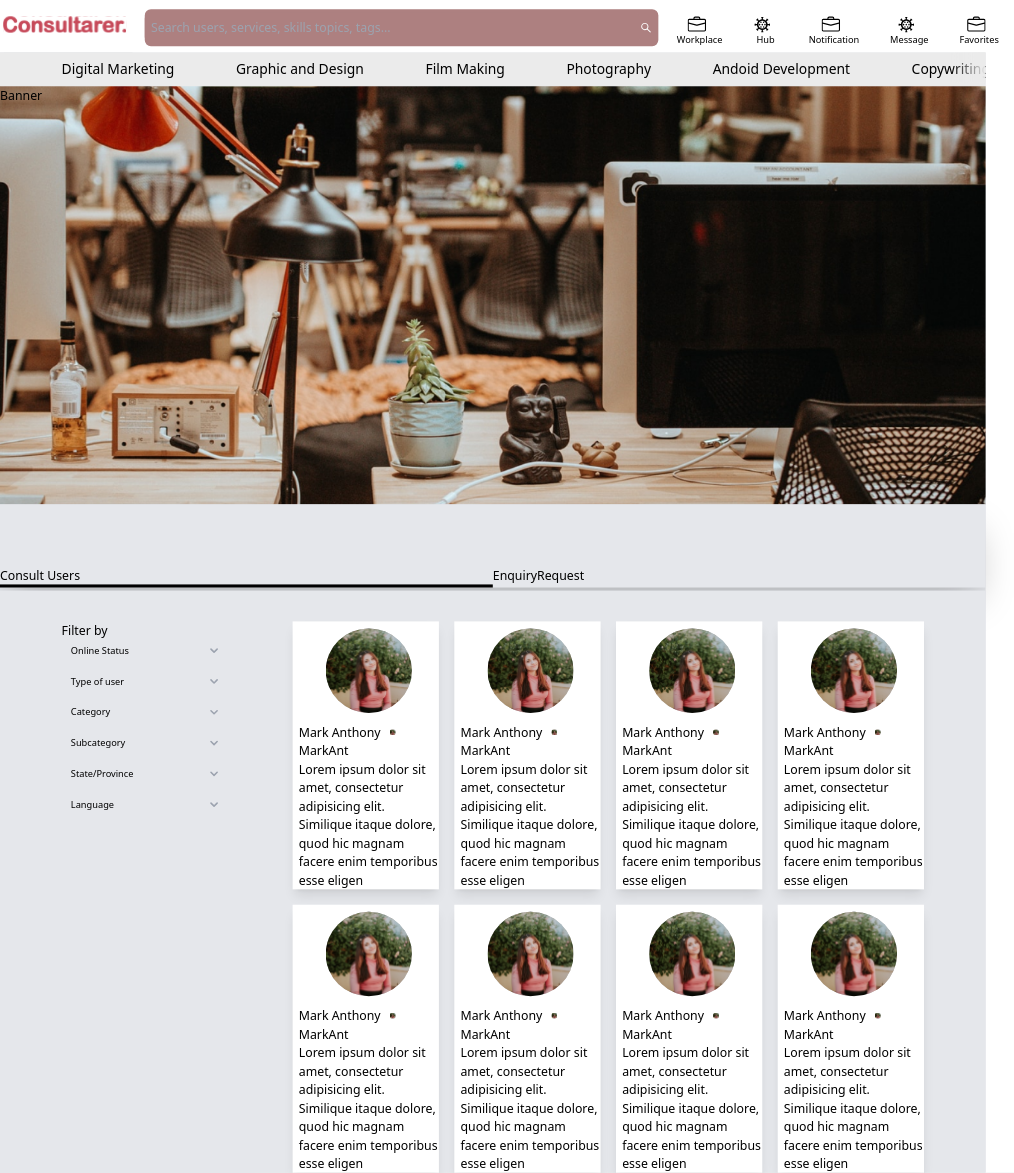
Repository: hisreal123/Consultarer
Page: /
The author's editor kept a copy of each file at every save. The page is drawn from the files as they stood at one save, then again after the next save.
The browser window is 1280 px wide. The page is 1317 px wide, so the pictures cover 1317 px, including what lies to the right of the window. The pictures show the whole page, at 77% of full size.
The project was rebuilt for these pictures with package versions that can differ from the ones it lists, and the page was loaded fresh each time. The framework's server and built-in components were replaced by stand-ins that run in the browser. Also part of the build but not shown: next.config.js, webpack.config.js, components/Filter/Sortby.js.

Above is the page before, as saved 2022-04-26 00:23:48.

### pages/_app.js
import Layout from "../components/Layout";
import "../styles/globals.css";



function MyApp({ Component, pageProps }) {
  return (
    <Layout>
      <Component {...pageProps} />
    </Layout>
  );
}

export default MyApp;

### pages/index.js
import Head from "next/head";
import Image from "next/image";
import CatList from "../components/Category/CatList";
import { CatLinkData } from "../utils/CatLinkdata";
import { Banner } from "../components/Banner/Banner";
import { ContentTab } from "../components/CardContent/ContentTab";

export default function Home({ data }) {
  return (
    <div className=" ">
      <Head>
        <title>Cosultarer.</title>
        <meta name="description" content="Generated by create next app" />
        <link rel="icon" href="/favicon.ico" />
      </Head>

      <main className="bg-gray-200">
        <CatList allCatLinkData={data} />
        <Banner />
        <ContentTab />
      </main>
    </div>
  );
}

export async function getStaticProps() {
  return {
    props: {
      data: CatLinkData,
    },
    revalidate: 4 * 60 * 60,
  };
}

### components/Layout.js
import React from "react";
import { TopNav } from "./TopNav/TopNav";

const Layout = ({ children , toggle}) => {
  return (
    <div className="relative">
      <TopNav toggle={toggle}/>
      {children}
    </div>
  );
};

export default Layout;

### components/Category/CatList.js
import React from "react";
import ListLink from "./ListLink";
const CatList = ({ allCatLinkData }) => {
  return (
    <div className="relative  overflow-hidden ">
      <div className="relative">
        <ListLink data={allCatLinkData} />
      </div>
    </div>
  );
};

export default CatList;

### utils/CatLinkdata.js
// Json Array for CarTegory Section
export const CatLinkData = [
  {
    id: 1,
    Category: " Digital Marketing",
  },
  {
    id: 2,
    Category: " Graphic and Design",
  },
  {
    id: 3,
    Category: " Film Making",
  },
  {
    id: 4,
    Category: " Photography ",
  },
  {
    id: 5,
    Category: " Andoid Development ",
  },
  {
    id: 6,
    Category: " Copywriting ",
  },

  {
    id: 7,
    Category: " Photography ",
  },
  {
    id: 8,
    Category: " Andoid Development ",
  },
  {
    id: 9,
    Category: " Copywriting ",
  },
  {
    id: 10,
    Category: " Digital Marketing",
  },
  {
    id: 11,
    Category: " Graphic and Design",
  },
  {
    id: 12,
    Category: " Film Making",
  },
  {
    id: 13,
    Category: " Photography ",
  },
  {
    id: 14,
    Category: " Andoid Development ",
  },
  {
    id: 15,
    Category: " Copywriting ",
  },

  {
    id: 16,
    Category: " Photography ",
  },
  {
    id: 17,
    Category: " Andoid Development ",
  },
  {
    id: 18,
    Category: " Copywriting ",
  },
]; // End of CatLinks

// for Link Data

### components/Banner/Banner.js
import React from "react";

export const Banner = () => {
  return (
    <div className=" h-[543px]  bg-gray-200 bg-hero bg-origin-content bg-right md:bg-center bg-cover bg-no-repeat  ">
      Banner
    </div>
  );
};

### components/CardContent/ContentTab.js
import { React, Fragment, useState } from "react";
import { EnquiryRequest } from "./EnquiryRequest";
import { ConsultUsers } from "./ConsultUsers";

export const ContentTab = () => {
  const [index, setIndex] = useState(0);
  return (
    <div className="Tabs">
      <div className="tabList  grid grid-cols-2 pt-20 bg-gray-200 mb-1 shadow-2xl z-30">
        <div
          className={`tabHead   ${
            index === 0 ? " border-b-4 border-b-black   " : null
          }`}
          onClick={() => {
            setIndex(0);
          }}
        >
          <h1 className="">Consult Users</h1>
        </div>
        <div
          className={`tabHead ${
            index === 1 ? "  border-b-4 border-b-black " : null
          }`}
          onClick={() => {
            setIndex(1);
          }}
        >
          <h1>EnquiryRequest</h1>
        </div>
      </div>
      <div className="contentl ">
        <div className="tabContent" hidden={index != 0}>
          <ConsultUsers />
        </div>
        <div className="tabContent" hidden={index != 1}>
          <EnquiryRequest />
        </div>
      </div>
    </div>
  );
};

### components/TopNav/TopNav.js
import Link from "next/link";
import { React, useState } from "react";
import Search from "./Search";
import { TopNavMobile } from "../Mobile/TopNavMobile";
import { Aside } from "../Mobile/Aside";
import { AccountLinks } from "../AccountLinks";

// All design are been adjusted to mobile first
export const TopNav = () => {
  return (
    <div className=" shadow-sm ">
      {/* tablet and extended*/}
      <div className=" relative lg:flex item-center ">
        <TopNavMobile />
        <div className="wrap hidden lg:flex  lg:bg-white lg:w-screen   lg:pt-3">
          <Search
            widthStyle="  ml-4 rounded-full hidden md:block lg:mr-1 lg:flex lg:pr-2  lg:bg-[#ad8080] lg:text-white "
            inputStyle="lg:w-[643px] lg:py-2  lg:bg-[#ad8080] lg:pl-2 lg:rounded-lg lg:outline-none lg:text-white"
          />
          <div className="acct w-full relative">
            <AccountLinks />
          </div>
        </div>
      </div>
    </div>
  );
};

### components/Category/ListLink.js
import Link from "next/link";
import React from "react";
import { useRouter } from "next/router";

const ListLink = ({ data }) => {
  const router = useRouter();
  return (
    <div className="relative bg-[#EBEBEB]">
      <ul className="  relative flex whitespace-nowrap px-10 sm:px-20 space-x-10 sm:space-x-20 overflow-x-scroll scrollbar-hide py-2 md:text-lg lg:w-screen">
        {data.map((list) => (
          <li
            key={list.id}
            // onClick={() => router.push(`/${list.Category}`)}
            className="hover:scale-105 transition duration-100  cursor-pointer active:text-red-500"
          >
            {list.Category}
          </li>
        ))}
      </ul>

      <div className="absolute top-0 right-0 bg-gradient-to-l from-[#EBEBEB] h-10 w-11"></div>
    </div>
  );
};

export default ListLink;

### components/CardContent/EnquiryRequest.js
import { FilterList } from "../Filter/FilterList";
export const EnquiryRequest = () => {
  return (
    <div className="grid grid-cols-2 relative w-full bg-green-300">
    <FilterList />
    </div>
  );
};

### components/CardContent/ConsultUsers.js
import React from "react";
import { FilterList } from "../Filter/FilterList";
import { UserCard } from "./UserCard";
export const ConsultUsers = () => {
  return (
    <div className="grid grid-cols-4 pt-10 px-20 z-10 gap-20 relative w-full bg-gray-200">
      <FilterList />
      <div className="useCard col-span-3">
        <UserCard userStyle="" />
      </div>
    </div>
  );
};

### components/TopNav/Search.js
import React from "react";
import { AiOutlineSearch } from "react-icons/ai";

const Search = ({ widthStyle, mobileStyle, inputStyle , lgStyle}) => {
  return (
    <div
      className={`transition hover:shadow-md  flex items-center  relative  bg-white  justify-between pr-3 lg:mb-2 lg:rounded-lg group  ${widthStyle} ${mobileStyle} ${lgStyle}`}
    >
      <input
        type="text"
        name="search"
        id="search"
        placeholder="Search users, services, skills topics, tags... "
        className={inputStyle}
      />
      <AiOutlineSearch className="transition hover:scale-105 cursor-pointer  " />
    </div>
  );
};

export default Search;

### components/Mobile/TopNavMobile.js
import { React, useState } from "react";
import { Aside } from "../Mobile/Aside";
import { Logo } from "../Logo";
import { Profile } from "../Profile";
import Search from "../TopNav/Search";
import { MdMenu } from "react-icons/md";

export const TopNavMobile = () => {
  const [openSideBar, setOpenSideBar] = useState(false);
  return (
    <div className="mobile relative pl-1 px-2 pb-1">
      {/* mobile*/}
      {/* Adding pr-2 to make space for te search component*/}
      <div className=" relative flex justify-between items-center bg-white w-full lg:h-full">
        <div className=" relative flex items-center">
          <MdMenu
            className="text-3xl text-gray-600 mr-1 lg:hidden"
            onClick={() => setOpenSideBar(!openSideBar)}
          />
          <Logo />
        </div>
        <Profile /> {/* profile available only for mobile xs & sm screen size*/}
      </div>
      {/* Search avialable only for mobile xs & sm screen size*/}
      <Search
        widthStyle="w-full pl-2  lg:hidden"
        mobileStyle="mb-3 outline-none rounded-full border border-1 "
        inputStyle=" text-xs py-2 px-2 w-full md:text-md"
      />

      <Aside
        sidebarInfo={{ openSideBar, setOpenSideBar }}
        toggleStyle={`
      ${!openSideBar ? "-translate-x-full" : ""}
    `}
      />
    </div>
  );
};

### components/Mobile/Aside.js
import Link from "next/link";
import { React, useState } from "react";
import { GrFormClose } from "react-icons/gr";
import { AccountLinks } from "../AccountLinks";
import Divider from "../divider";
import { FilterList } from "../Filter/FilterList";
import { Logo } from "../Logo";
// Repeated Style for more than one Element
const GenDesc = "text-xs text-red-500  pl-2 py-1";

export const Aside = ({
  toggleStyle,
  sidebarInfo: { openSideBar, setOpenSideBar },
}) => {
  return (
    <div
      className={` bg-white  absolute top-0  left-0  shadow-lg overflow-hidden w-3/4  transition pb-20 z-50  md:w-50 lg:hidden
      ${openSideBar ? " " : "-translate-x-full"} ${toggleStyle}
      `}
    >
      <div className="top ">
        <div className="top flex  justify-between items-center py-2 px-2">
          <Logo />
          <GrFormClose
            className="text-3xl"
            onClick={() => setOpenSideBar(!openSideBar)}
          />
        </div>
        <Divider />
        <h4 className={GenDesc}> Account</h4>
        <AccountLinks />
        <Divider />
        <FilterList filStyle={GenDesc} />
      </div>
    </div>
  );
};

### components/AccountLinks.js
import React from "react";
import { BsBriefcase } from "react-icons/bs";
import { MdOutlineCoronavirus } from "react-icons/md";
import Divider from "./divider";

const AsideLink = [
  {
    id: 1,
    title: " Workplace",
    icon: <BsBriefcase />,
  },

  {
    id: 2,
    title: "Hub",
    icon: <MdOutlineCoronavirus />,
  },

  {
    id: 3,
    title: " Notification",
    icon: <BsBriefcase />,
  },

  {
    id: 4,
    title: "Message",
    icon: <MdOutlineCoronavirus />,
  },

  {
    id: 5,
    title: " Favorites",
    icon: <BsBriefcase />,
  },
];

export const AccountLinks = () => {
  return (
    <div className=" group md:flex md:items-center md:justify-between md:w-full relative   lg:justify-between lg:items-center">
      {AsideLink.map((item) => (
        <div
          key={item.id}
          className="flex items-center px-2 py-2 mb-1 hover:bg-red-200 last:mb-0 md:text-2xl lg:px-0 lg:pt-2 lg:flex-col lg:pl-5 lg:pr-5  lg:hover:bg-white group lg:mb-0 lg:hover:border-b lg:border-b-black transition duration-150 "
        >
          <span className="mr-2 sm:hover:text-red-400 lg:hover:text-black lg:hover:font-extrabold  transition duration-100 lg:hover:animate-bounce">
            {item.icon}
          </span>
          <h1 className="text-xs"> {item.title}</h1>
        </div>
      ))}
    </div>
  );
};

### components/Filter/FilterList.js
import Divider from "../divider";
import { FilterCheckBox } from "./FilterCheckBox";
import Sortby from "./Sortby";

export const FilterList = ({ filStyle }) => {
  return (
    <div className=" ">
      <h3 className={filStyle}> Filter by</h3>

      <div className="wrap px-2">
        <FilterCheckBox OptionTitle="Online Status" />
        <FilterCheckBox OptionTitle="Type of user" />
        <FilterCheckBox OptionTitle="Category" />
        <FilterCheckBox OptionTitle="Subcategory" />
        <FilterCheckBox OptionTitle="State/Province" />
        <FilterCheckBox OptionTitle="Language" />

        {/*<Sortby title="Sort By" subTitle="Price" />
              <Divider />
          <Sortby title=" Rating " /> */}
      </div>
    </div>
  );
};

### components/CardContent/UserCard.js
import React from "react";
import Image from "next/image";
const User = [
  {
    slug: "user1",
    ImageProfile: "/img/unsplash_x9cXI2eQLBw.svg",
    fullname: " Mark Anthony",
    username: "MarkAnt",
    verified: true,
    rank: true,
    rate: "4.5(25)",
    salary: "50",
    timePrice: "10mins",
  },

  {
    slug: "user2",
    ImageProfile: "/img/unsplash_x9cXI2eQLBw.svg",
    fullname: " Mark Anthony",
    username: "MarkAnt",
    verified: true,
    rank: true,
    rate: "4.5(25)",
    salary: "50",
    timePrice: "10mins",
  },

  {
    slug: "user3",
    ImageProfile: "/img/unsplash_x9cXI2eQLBw.svg",
    fullname: " Mark Anthony",
    username: "MarkAnt",
    verified: true,
    rank: true,
    rate: "4.5(25)",
    salary: "50",
    timePrice: "10mins",
  },

  {
    slug: "user4",
    ImageProfile: "/img/unsplash_x9cXI2eQLBw.svg",
    fullname: " Mark Anthony",
    username: "MarkAnt",
    verified: true,
    rank: true,
    rate: "4.5(25)",
    salary: "50",
    timePrice: "10mins",
  },
  {
    slug: "user5",
    ImageProfile: "/img/unsplash_x9cXI2eQLBw.svg",
    fullname: " Mark Anthony",
    username: "MarkAnt",
    verified: true,
    rank: true,
    rate: "4.5(25)",
    salary: "50",
    timePrice: "10mins",
  },

  {
    slug: "user6",
    ImageProfile: "/img/unsplash_x9cXI2eQLBw.svg",
    fullname: " Mark Anthony",
    username: "MarkAnt",
    verified: true,
    rank: true,
    rate: "4.5(25)",
    salary: "50",
    timePrice: "10mins",
  },

  {
    slug: "user7",
    ImageProfile: "/img/unsplash_x9cXI2eQLBw.svg",
    fullname: " Mark Anthony",
    username: "MarkAnt",
    verified: true,
    rank: true,
    rate: "4.5(25)",
    salary: "50",
    timePrice: "10mins",
  },

  {
    slug: "user8",
    ImageProfile: "/img/unsplash_x9cXI2eQLBw.svg",
    fullname: " Mark Anthony",
    username: "MarkAnt",
    verified: true,
    rank: true,
    rate: "4.5(25)",
    salary: "50",
    timePrice: "10mins",
  },
];

export const UserCard = ({ userStyle }) => {
  return (
    <div className={`cardWrapper relative `}>
      <div className="cardContent">
        <div className=" details relative  grid grid-cols-4 gap-5 ">
          {User.map((user, slug) => (
            <div
              className={` user relative flex flex-col bg-white pt-2 pl-2 shadow-lg ${userStyle}`}
              key={slug}
            >
              <div className="relative h-7 w-28 self-center  mb-24 ">
                <Image
                  src={user.ImageProfile}
                  height="100"
                  width="100"
                  layout="responsive"
                  alt="profile Image"
                />
              </div>
              <div className="infos relative">
                <h3 className=" font-medium flex items-center">
                  {user.fullname}
                  {user.verified ? (
                    <div className="w-2 ml-3">
                      <Image
                        src="/img/unsplash_x9cXI2eQLBw.svg"
                        alt="verified"
                        layout="responsive"
                        height="100"
                        width="100"
                      />
                    </div>
                  ) : (
                    null(" false")
                  )}
                </h3>
                <h3> {user.username} </h3>

                <p>
                  Lorem ipsum dolor sit amet, consectetur adipisicing elit.
                  Similique itaque dolore, quod hic magnam facere enim
                  temporibus esse eligen
                </p>
              </div>
            </div>
          ))}
        </div>
      </div>
    </div>
  );
};

### components/Logo.js
import Link from "next/link";
import React from "react";
import LogoPic from "../public/img/logo.svg";
export const Logo = () => {
  return (
    <div>
      <Link href="#">
        <a className="cursor-pointer">
          <LogoPic className="h-10 w-28 md:w-36 lg:h-30 lg:w-40 lg:pt-2 lg:pb-2" />
        </a>
      </Link>
    </div>
  );
};

### components/Profile.js
import React from "react";
import ProfilePic from "../public/img/unsplash_x9cXI2eQLBw.svg";

export const Profile = () => {
  return (
    <div className="group absolute right-0 pr-2 lg:hidden transition duration-150">
      <ProfilePic className="text-3xl group:hover:shadow-lg " />
      <span className="bg-green-600 h-2 w-2 absolute z-10 bottom-1 right-2  rounded-full "></span>
    </div>
  );
};

### components/divider.js
import React from "react";

function Divider() {
  return <div className="divider h-[0.08px] w-full bg-gray-300 "></div>;
}

export default Divider;

### components/Filter/FilterCheckBox.js
import { useState } from "react";
import { Listbox, Transition } from "@headlessui/react";
import { ChevronDownIcon } from "@heroicons/react/solid";

const people = [
  { id: 2, title: "Online Status" },
  { id: 3, title: "Option2" },
  { id: 4, title: "Option3" },
  { id: 5, title: "Option4" },
  { id: 5, title: "Option5" },
];

export const FilterCheckBox = ({ OptionTitle }) => {
  const [selectedPerson, setSelectedPerson] = useState(people[0]);
  return (
    <Listbox value={selectedPerson} onChange={setSelectedPerson}>
      <div className="wrap ">
        <Listbox.Button className="mb-3 p-1 text-xs flex items-center w-full  justify-between   ">
          <span className="">{OptionTitle || selectedPerson.title}</span>
          <ChevronDownIcon className="w-5 h-5 text-gray-400" />
        </Listbox.Button>

        <Listbox.Options className="px-1 bg-gray-200 relative">
          {people.map((person) => (
            /* Disabled options will be skipped by keyboard navigation. */
            <Listbox.Option
              key={person.id}
              value={person}
              className="text-xs py-1 md:text-lg "
            >
              {({ active, selected }) => (
                <li
                  className={` py-1 px-2 ${
                    active ? "bg-blue-500 text-white " : "text-black"
                  }`}
                >
                  {selected}
                  {person.title}
                </li>
              )}
            </Listbox.Option>
          ))}
        </Listbox.Options>
      </div>
    </Listbox>
  );
};

### tailwind.config.js
module.exports = {
  mode: "jit",
  content: [
    "./pages/**/*.{js,ts,jsx,tsx}",
    "./components/**/*.{js,ts,jsx,tsx}",
  ],
  theme: {
    extend: {
      backgroundImage: {
        hero: "url('/img/BannerImage.png')",
      },
    },
  },
  plugins: [require("tailwind-scrollbar-hide")],
};

Loaded but not shown: styles/globals.css (common file)

After the next save:
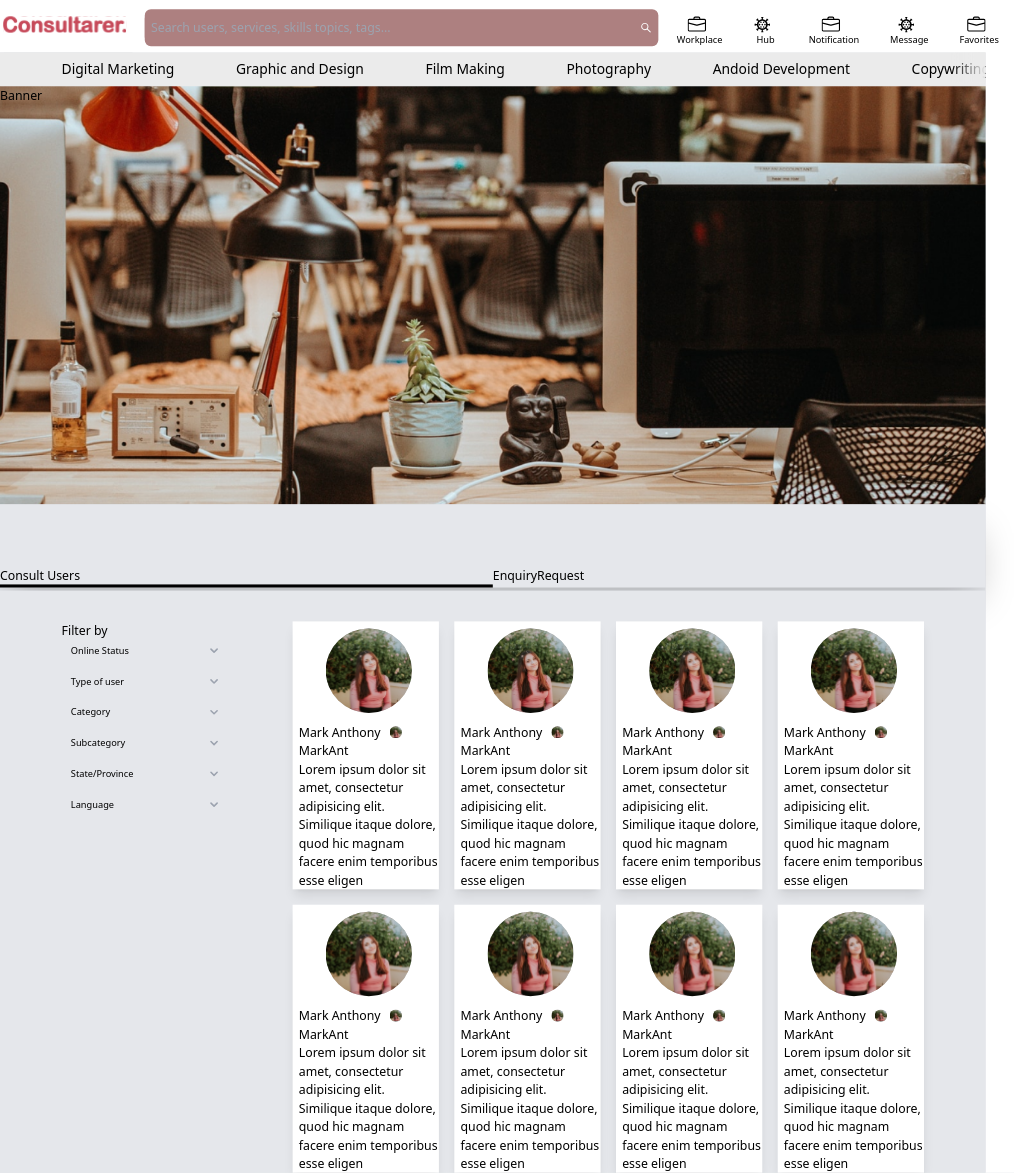
Saved 6 s later.
--- a/components/CardContent/UserCard.js
+++ b/components/CardContent/UserCard.js
@@ -120,7 +120,7 @@ export const UserCard = ({ userStyle }) => {
                 <h3 className=" font-medium flex items-center">
                   {user.fullname}
                   {user.verified ? (
-                    <div className="w-2 ml-3">
+                    <div className="w-4 ml-3">
                       <Image
                         src="/img/unsplash_x9cXI2eQLBw.svg"
                         alt="verified"
